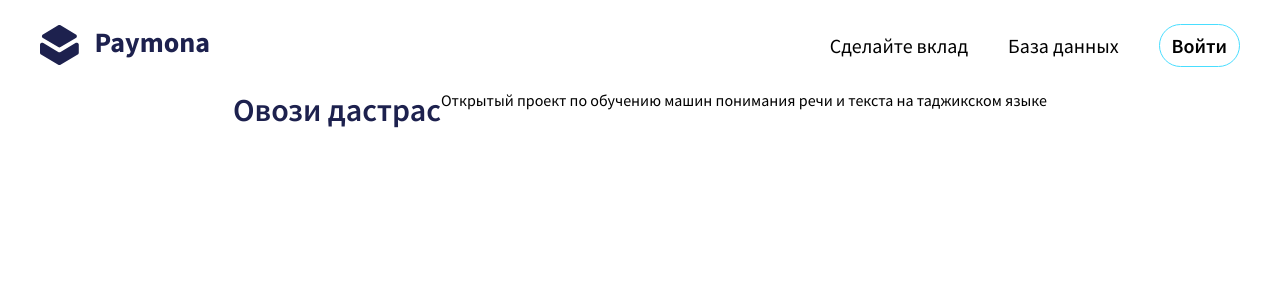
Repository: Amin444/Paymona-Sadp
Page: index.html
The author's editor kept a copy of each file at every save. The page is drawn from the files as they stood at one save, then again after the next save.
The browser window is 1280 px wide. The pictures show the whole page.

Above is the page before, as saved 2021-11-11 14:21:48.

### index.html
<!DOCTYPE html>
<html lang="en">
<head>
  <meta charset="UTF-8">
  <link rel="stylesheet" href="./style.css">
  <meta http-equiv="X-UA-Compatible" content="IE=edge">
  <meta name="viewport" content="width=device-width, initial-scale=1.0">
  <title>Paymona Sado</title>
</head>
<body>

  <div class="root">
     <div class="header">
       <div class="logoBlock">
         <img src="./img/logo.svg" class="logo" alt="">
         <p class='textLogo'>Paymona</p>
       </div>

       <div class="menu">
          <div class="items">Сделайте вклад</div>
          <div class="items">База данных</div>
          <div class="items border">Войти</div>
       </div>

     </div>

     <div class="title">
        <h1>Овози дастрас</h1>
        <p>Открытый проект по обучению машин понимания речи и текста на таджикском языке</p>
     </div>

  </div>

</body>
</html>

### style.css
@import url('https://fonts.googleapis.com/css2?family=Source+Sans+Pro:ital,wght@0,200;0,300;0,400;0,600;0,700;0,900;1,200;1,300;1,400;1,600;1,700;1,900&display=swap');

*{
  margin: 0;
  padding: 0;
  border: none;
  outline: none;
  font-family: 'Source Sans Pro', sans-serif;
  font-weight: 500;

}

.root{
  width: 100vw;
}
.header{
  height: 90px;
  padding: 0 40px;
  display: flex;
  align-items: center;
  justify-content: space-between;
}

.textLogo{
  color: #1D214E;
  font-weight: 700;
  font-size: 28px;
  line-height: 35px;
}

.logo{
  width: 40px;
  height: 40px;
}
.logoBlock{
  width:170px;
  display: flex;
  justify-content: space-between;
}
.menu{
  display: flex;
  gap: 40px;
  align-items: center;
  font-weight: 400;
  font-size: 20px;
  line-height:25px;
}
.items{
  cursor: pointer;
}
.border{
  padding: 8px 12px;
  border: 1px solid rgba(73, 222, 255, 1);
  border-radius: 50px;
  font-weight: 600;
}
.title{
  display: flex;
  justify-content: center;
}

h1{
  color: rgba(29, 33, 78, 1);
  font-weight: 600;
}

### img/logo.svg
<svg width="24" height="24" viewBox="0 0 24 24" fill="none" xmlns="http://www.w3.org/2000/svg">
<path d="M23.2727 11.9119V16.6433C23.2731 16.8543 23.2169 17.0618 23.1094 17.2464C23.0019 17.4309 22.8466 17.5864 22.6582 17.6981L12.3229 23.8128C12.1153 23.9351 11.8758 24 11.6314 24C11.387 24 11.1475 23.9351 10.9399 23.8128L0.616444 17.6943C0.427833 17.5828 0.272261 17.4273 0.164406 17.2428C0.0565516 17.0583 -2.98523e-05 16.8507 1.18183e-08 16.6396V11.9119C-3.13489e-05 11.6902 0.0623511 11.4726 0.180679 11.2816C0.299007 11.0906 0.468973 10.9331 0.672954 10.8255C0.876934 10.7179 1.1075 10.6641 1.34075 10.6696C1.574 10.6752 1.80144 10.7399 1.99949 10.8571L10.9399 16.1535C11.1475 16.2758 11.387 16.3407 11.6314 16.3407C11.8758 16.3407 12.1153 16.2758 12.3229 16.1535L21.2653 10.8571C21.4634 10.7373 21.6918 10.6704 21.9264 10.6636C22.1611 10.6567 22.3934 10.71 22.5989 10.818C22.8043 10.9259 22.9754 11.0845 23.0939 11.277C23.2125 11.4695 23.2743 11.6888 23.2727 11.9119Z" fill="#1D214E"/>
<path d="M10.9383 13.2688L1.76081 7.81102C1.57388 7.69908 1.41986 7.54397 1.31312 7.36018C1.20638 7.17639 1.15039 6.96991 1.15039 6.76C1.15039 6.5501 1.20638 6.34361 1.31312 6.15982C1.41986 5.97603 1.57388 5.82093 1.76081 5.70898L10.9344 0.193005C11.1431 0.0669478 11.3854 0 11.6328 0C11.8802 0 12.1224 0.0669478 12.3312 0.193005L21.5107 5.70898C21.6976 5.82093 21.8516 5.97603 21.9584 6.15982C22.0651 6.34361 22.1211 6.5501 22.1211 6.76C22.1211 6.96991 22.0651 7.17639 21.9584 7.36018C21.8516 7.54397 21.6976 7.69908 21.5107 7.81102L12.3253 13.2688C12.1173 13.3921 11.877 13.4575 11.6318 13.4575C11.3866 13.4575 11.1463 13.3921 10.9383 13.2688Z" fill="#1D214E"/>
</svg>

After the next save:
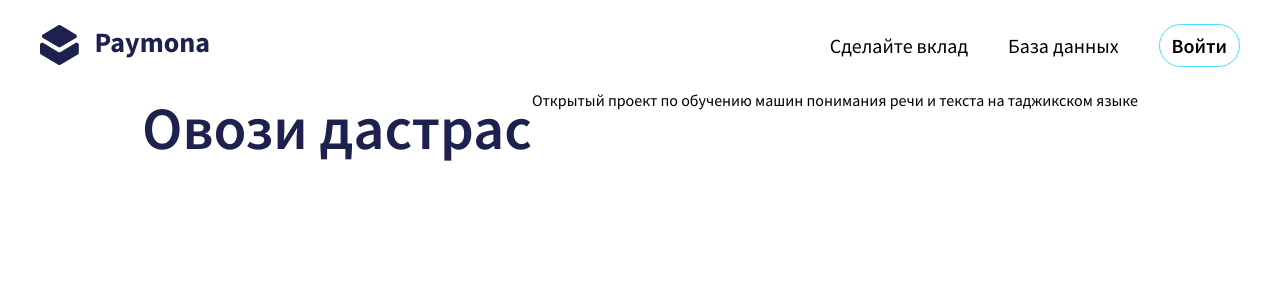
Saved 6 s later.
--- a/style.css
+++ b/style.css
@@ -62,4 +62,5 @@
 h1{
   color: rgba(29, 33, 78, 1);
   font-weight: 600;
+  font-size: 60px;
 }
